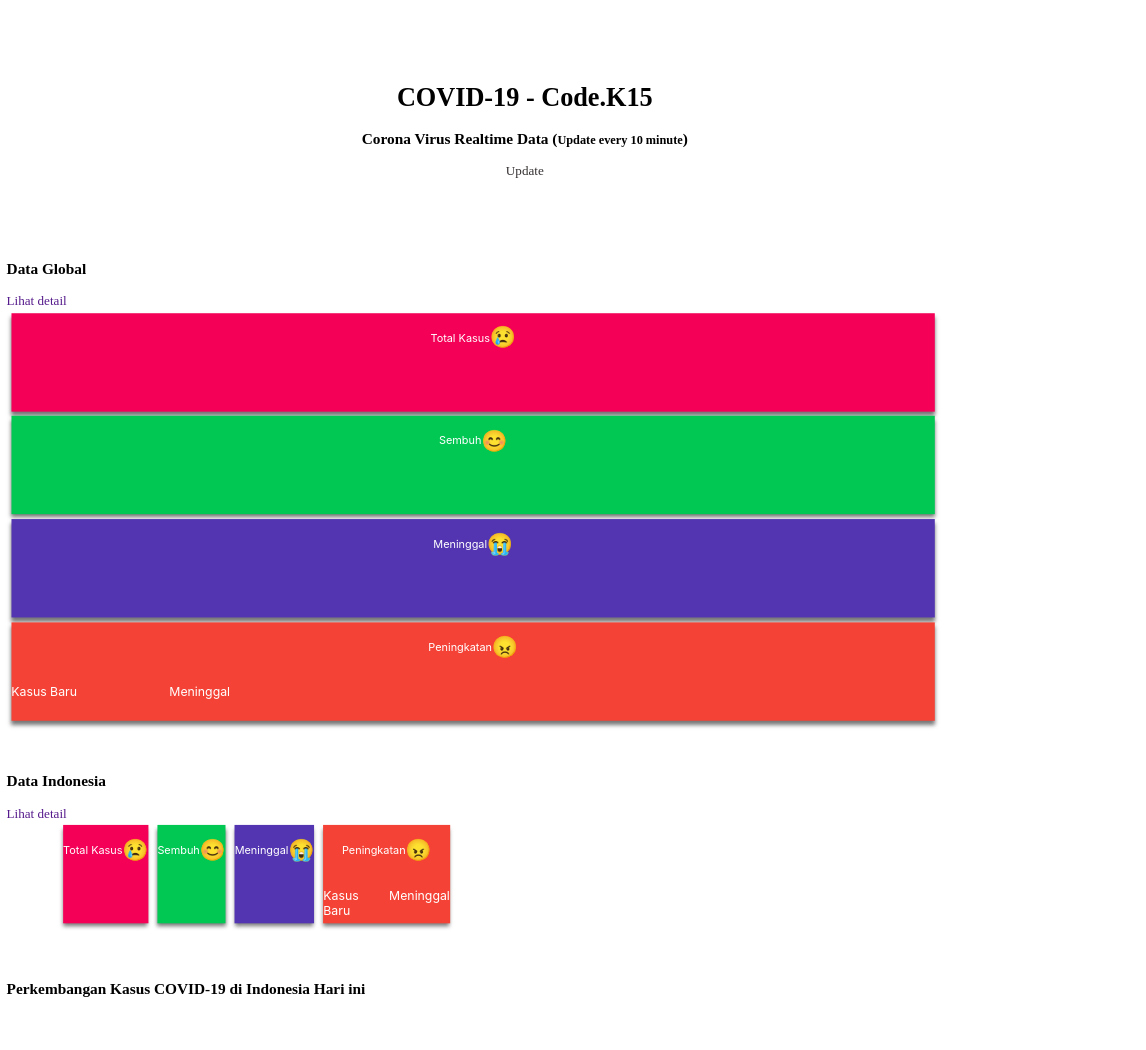
Repository: fathur15/covid19-monitoring
Page: http://localhost/covid19/apps/views/data/main/dashboard.php
These files come from the project's save history. The page is drawn as it stood at one moment and after the next save; the edit follows.
The browser window is 1280 px wide. The page is 1280 px wide, then 1398 px, so the pictures cover 1398 px, including what lies to the right of the window. The pictures show the whole page, at 82% of full size.
The page is run by PHP 8.4 with error messages shown; the project is at /var/www/html/.

Above is the page before, as saved 2020-04-14 13:56:35.

### apps/views/data/main/dashboard.php

<style>

    #resumeGlobal p, h5{
        color: white;
        font-weight: 400;
        font-family: -apple-system, BlinkMacSystemFont, 'Segoe UI', Roboto, Oxygen, Ubuntu, Cantarell, 'Open Sans', 'Helvetica Neue', sans-serif
    }
    #resumeIndonesia p, h5{
        color: white;
        font-weight: 400;
        font-family: -apple-system, BlinkMacSystemFont, 'Segoe UI', Roboto, Oxygen, Ubuntu, Cantarell, 'Open Sans', 'Helvetica Neue', sans-serif
    }
    .shadow-box{
        -webkit-box-shadow: 0 15px 10px #777;
        -moz-box-shadow: 0 15px 10px #777;
        box-shadow: 0 5px 5px #777;

    }
    .content-main-wrapper{
        margin: 5% 0;
    }
    /* .shadow-box:after{
        -webkit-transform: rotate(3deg);
        -moz-transform: rotate(3deg);
        -o-transform: rotate(3deg);
        -ms-transform: rotate(3deg);
        transform: rotate(3deg);
        right: 10px;
        left: auto;
    } */

</style>
<div class="content">
    <div class="heading" style="margin: 100px 30%; text-align: center">
        <h1>COVID-19 - Code.K15</h1>
        <h3>Corona Virus Realtime Data (<small style="font-size: 15px">Update every 10 minute</small>)</h3>
        <p id="date-update" style="color: #353030;">Update</p>
    </div>
    <div class="main">
        <div class="container">
            <div class="row content-main-wrapper">
                <div class="head-main-content">
                    <h3>Data Global</h3>
                    <a style="text-decoration: none" href="">Lihat detail  <i class="fas fa-long-arrow-alt-right" aria-hidden="true"></i></a>
                </div>
                <div id="resumeGlobal" class="" style="width: 90%;" >
                    <div class="row">
                        <div class="card col-sm-3 shadow-box" style="background: #f50057; margin: 0.5%; align-items: center; height: 120px ">
                            <div class="card-body">
                                <div style="flex-direction: row; display: flex; justify-content: center; align-items: center">
                                    <h5 id="title-kasus-global" class="card-text">Total Kasus</h5>
                                    <span style="color: black; font-size: 25px; text-shadow: 0 0 0 yellow">&#x1F622</span>
                                </div>
                                <p class="card-text" id="kasus-global"></p>
                            </div>
                        </div>
                        <div class="card col-sm-3 shadow-box" style="background: #00c853; margin: 0.5%; align-items: center; height: 120px ">
                            <div class="card-body">
                                <div style="flex-direction: row; display: flex; justify-content: center; align-items: center">
                                    <h5 id="title-kasus-global" class="card-text">Sembuh</h5>
                                    <span style="color: black; font-size: 25px; text-shadow: 0 0 0 yellow">&#x1F60A</span>
                                </div>
                                <p class="card-text" id="sembuh-global"></p>
                                <!-- <p style="">Orang</p> -->
                            </div>
                        </div>
                        <div class="card col-sm-3 shadow-box" style="margin: 0.5%; height: 120px;align-items: center;  background :#5335b1">
                            <div class="card-body">
                                <div style="flex-direction: row; display: flex; justify-content: center; align-items: center;">
                                    <h5 id="title-kasus-global" class="card-text">Meninggal</h5>
                                    <span style="color: black; font-size: 25px; text-shadow: 0 0 0 yellow">&#x1F62D</span>
                                </div>
                                <p class="card-text" id="meninggal-global"></p>
                                <!-- <p style="">Orang</p> -->
                            </div>
                        </div>
                        <div class="card col-sm-3 shadow-box" style="margin: 0.5%; height: 120px; background: #f44336">
                            <div class="card-body">
                                <div style="flex-direction: row; display: flex; justify-content: center; align-items: center;">
                                    <h5 id="title-kasus-global" class="card-text">Peningkatan</h5>
                                    <span style="color: black; font-size: 25px; text-shadow: 0 0 0 yellow">&#x1F620</span>
                                </div>
                                <div style="flex-direction: row; display: flex;">
                                    <p style="font-size: 15px">Kasus Baru</p>
                                    <p style="margin-left: 10%; font-size: 15px">Meninggal </p>
                                </div>
                                <div style="display: flex; margin-top: -9%">
                                    <p style="font-size: 15px" class="card-text" id="kasus-baru-global"></p>
                                    <p style="margin-left: 10%; font-size: 15px" class="card-text" id="meninggal-baru-global"></p>
                                </div>
                            </div>
                        </div>
                    </div>
                </div>
            </div>
            <div class="row content-main-wrapper" >
                <div class="head-main-content">
                    <h3>Data Indonesia</h3>
                    <a style="text-decoration: none" href="">Lihat detail  <i class="fas fa-long-arrow-alt-right" aria-hidden="true"></i></a>
                </div>
                <div  id="resumeIndonesia" class="" style="width: 90%; display: flex; margin: 0 5%;" >
                    <div class="card col-sm-3 shadow-box" style="background: #f50057; margin: 0.5%; align-items: center; height: 120px ">
                        <div class="card-body">
                            <div style="flex-direction: row; display: flex; justify-content: center; align-items: center">
                                <h5 id="title-kasus-indonesia" class="card-text">Total Kasus</h5>
                                <span style="color: black; font-size: 25px; text-shadow: 0 0 0 yellow">&#x1F622</span>
                            </div>
                            <p style="font-size: 14px" class="card-text" id="kasus-indonesia"></p>
                        </div>
                    </div>
                    <div class="card col-sm-3 shadow-box" style="background: #00c853; margin: 0.5%; align-items: center; height: 120px ">
                        <div class="card-body">
                            <div style="flex-direction: row; display: flex; justify-content: center; align-items: center">
                                <h5 id="title-kasus-indonesia" class="card-text">Sembuh</h5>
                                <span style="color: black; font-size: 25px; text-shadow: 0 0 0 yellow">&#x1F60A</span>
                            </div>
                            <p class="card-text" id="sembuh-indonesia"></p>
                        </div>
                    </div>
                    <div class="card col-sm-3 shadow-box" style="margin: 0.5%; height: 120px;align-items: center;  background :#5335b1">
                        <div class="card-body">
                            <div style="flex-direction: row; display: flex; justify-content: center; align-items: center;">
                                <h5 id="title-kasus-indonesia" class="card-text">Meninggal</h5>
                                <span style="color: black; font-size: 25px; text-shadow: 0 0 0 yellow">&#x1F62D</span>
                            </div>
                            <p class="card-text" id="meninggal-indonesia"></p>
                        </div>
                    </div>
                    <div class="card col-sm-3 shadow-box" style="margin: 0.5%; height: 120px; background: #f44336">
                        <div class="card-body">
                            <div style="flex-direction: row; display: flex; justify-content: center; align-items: center;">
                                <h5 id="title-kasus-indonesia" class="card-text">Peningkatan</h5>
                                <span style="color: black; font-size: 25px; text-shadow: 0 0 0 yellow">&#x1F620</span>
                            </div>
                            <div style="flex-direction: row; display: flex;">
                                <p style="font-size: 15px">Kasus Baru</p>
                                <p style="margin-left: 10%; font-size: 15px">Meninggal </p>
                            </div>
                            <div style="display: flex; margin-top: -9%">
                                <p style="font-size: 15px" class="card-text" id="kasus-baru-indonesia"></p>
                                <p style="margin-left: 10%; font-size: 15px" class="card-text" id="meninggal-baru-indonesia"></p>
                            </div>
                        </div>
                    </div>
                </div>
            </div>
            <div class="row content-main-wrapper" >
                 <div class="head-main-content">
                    <h3>Perkembangan Kasus COVID-19 di Indonesia Hari ini</h3>
                </div>
            </div>
        </div>
    </div>
</div>

After the next save:
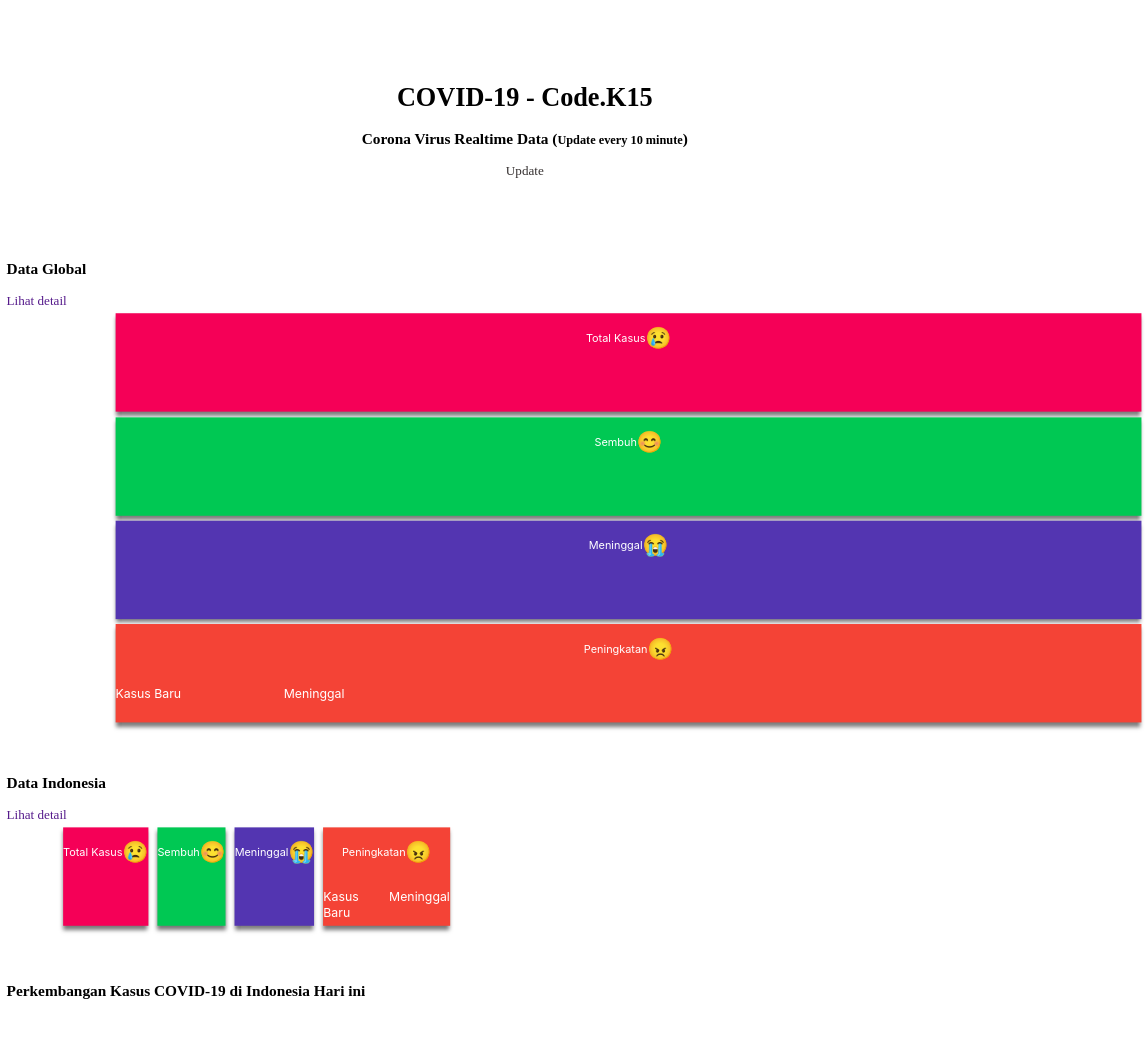
Saved 35 s later.
--- a/apps/views/data/main/dashboard.php
+++ b/apps/views/data/main/dashboard.php
@@ -44,7 +44,7 @@
                     <h3>Data Global</h3>
                     <a style="text-decoration: none" href="">Lihat detail  <i class="fas fa-long-arrow-alt-right" aria-hidden="true"></i></a>
                 </div>
-                <div id="resumeGlobal" class="" style="width: 90%;" >
+                <div id="resumeGlobal" class="" style="width: 100%; margin: 0 10%" >
                     <div class="row">
                         <div class="card col-sm-3 shadow-box" style="background: #f50057; margin: 0.5%; align-items: center; height: 120px ">
                             <div class="card-body">
